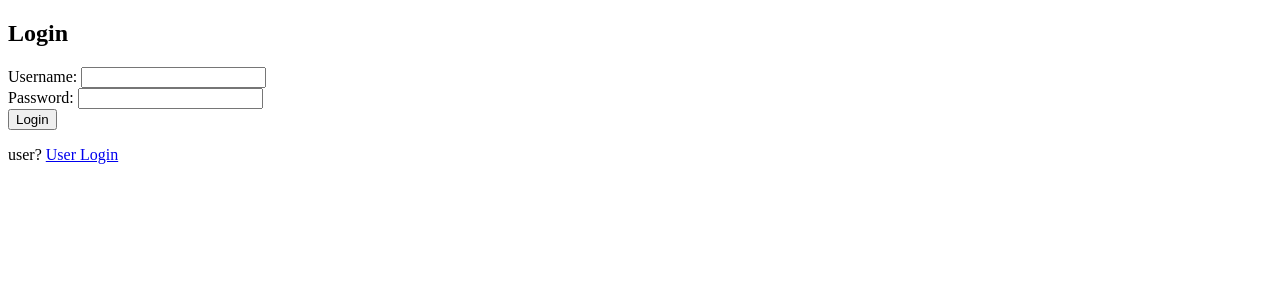
Repository: MohamedUmar083/Project_2
Page: http://localhost/Railway_Crossing_Status/login.jsp
An editor plug-in stored every save of this project. The page is shown before and after the next save, followed by the edit.
The browser window is 1280 px wide. The pictures show the whole page.
The page is served by Tomcat 10.

Above is the page before, as saved 2023-12-22 19:42:25.

After the next save:
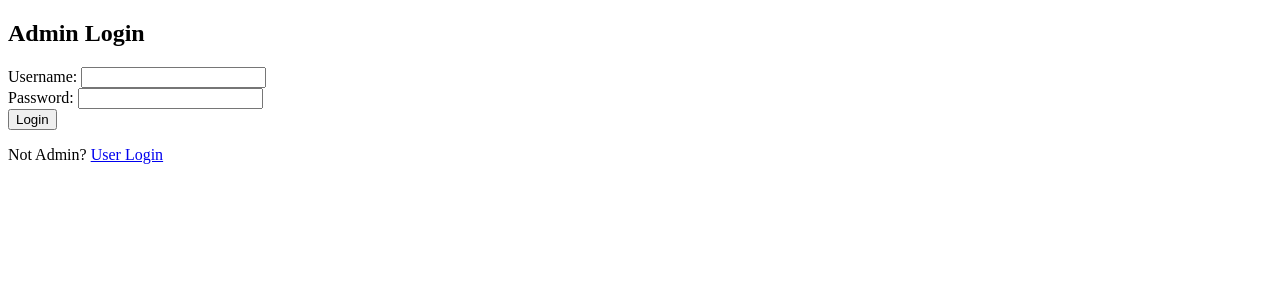
Saved 12 s later.
--- a/Railway Crossing Status/src/main/webapp/login.jsp
+++ b/Railway Crossing Status/src/main/webapp/login.jsp
@@ -5,7 +5,7 @@
     <title>Login</title>
 </head>
 <body>
-    <h2>Login</h2>
+    <h2>Admin Login</h2>
 
     <form action="login" method="post">
         <label for="username">Username:</label>
@@ -17,7 +17,7 @@
         <input type="submit" value="Login">
     </form>
 
-    <p>user? <a href="user-login.jsp">User Login</a></p>
+    <p>Not Admin? <a href="user-login.jsp">User Login</a></p>
 
     <% String errorMessage = (String)request.getAttribute("errorMessage");
        if(errorMessage != null) { %>
